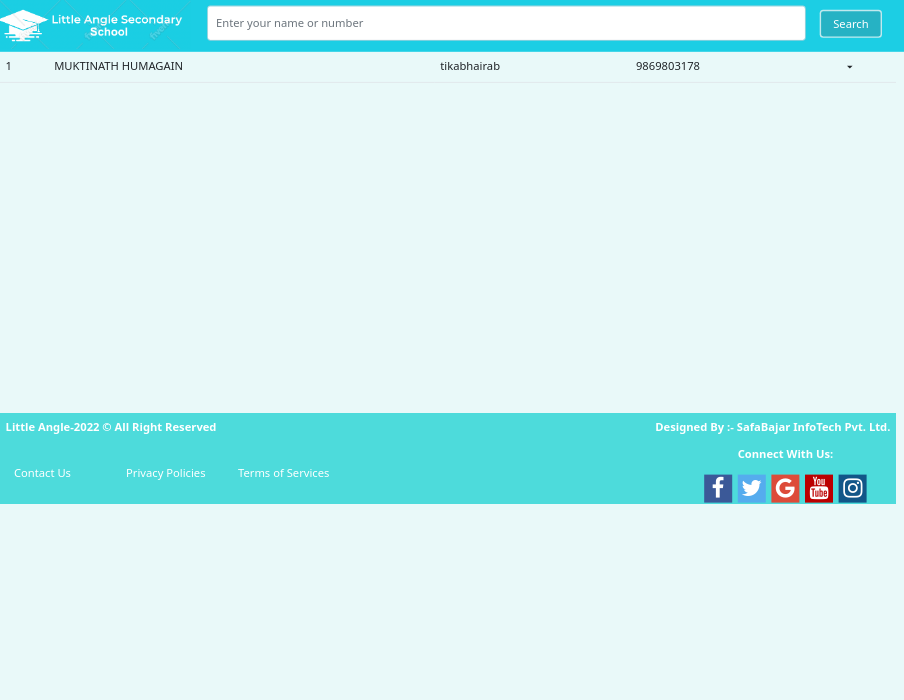
Repository: Sjuicyy/School-Project
Page: profilesview.html
An editor plug-in stored every save of this project. The page is shown before and after a run of saves, followed by the edit.
The browser window is 1280 px wide. The page is 1292 px wide, so the pictures cover 1292 px, including what lies to the right of the window. The pictures show the part of the page from y = 0 to 1880 px (the page is 1000 px tall before and 4107 px after), at 70% of full size.

Above is the page before, as saved 2022-09-22 11:29:13.

After the next 5 saves:
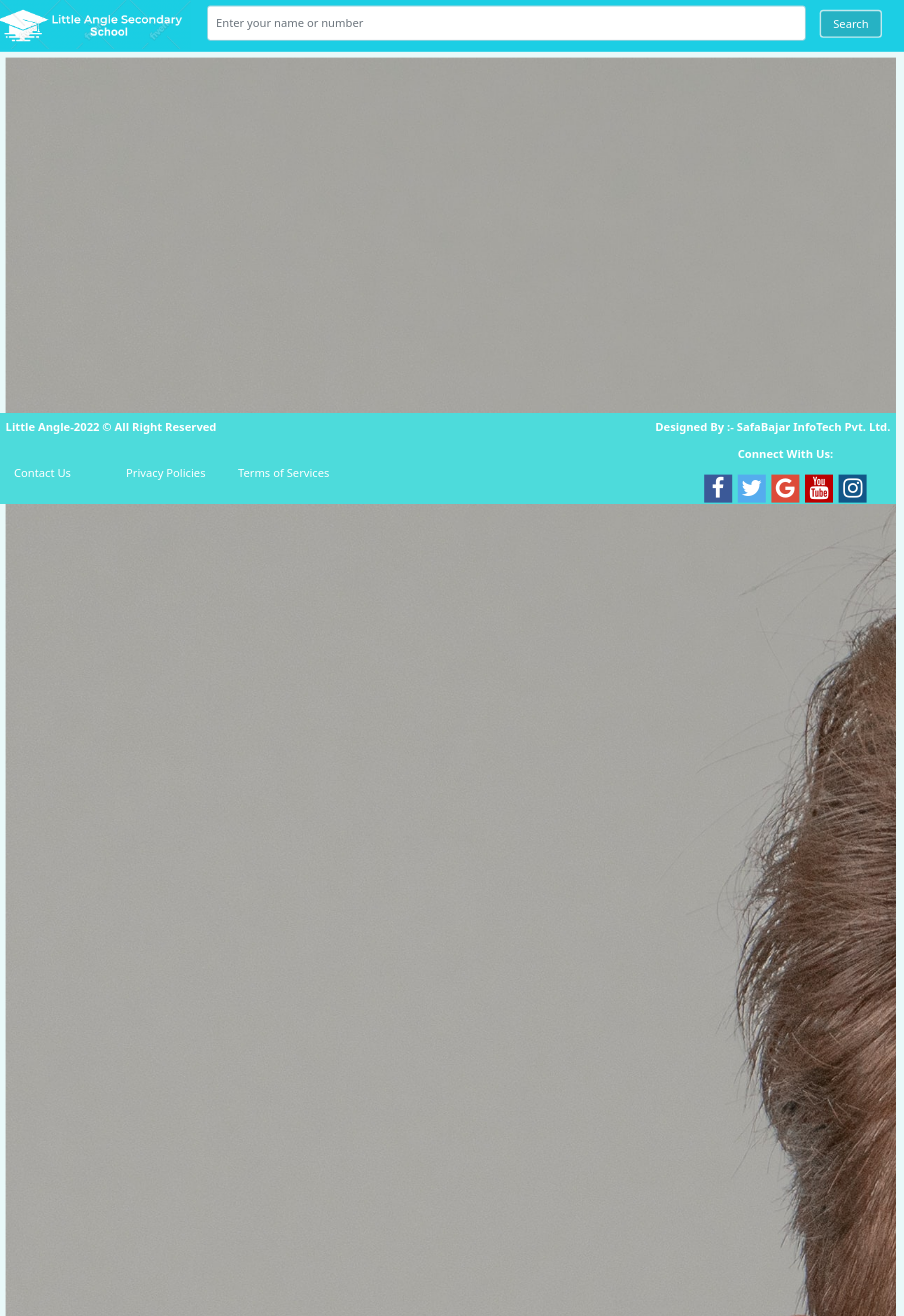
The 5 saves are shown as one change because they came seconds apart.
The last was saved 21 s later.
--- a/profilesview.html
+++ b/profilesview.html
@@ -237,7 +237,9 @@
         <table class="table table-hover">
             <tbody class="table-border-bottom-0">
                 <tr class="text-nowrap">
-                    <td>1</td>
+                    <td>
+                        <img src="./profile pic.jpg" alt="">
+                    </td>
                     <td>MUKTINATH HUMAGAIN</td>
                     <td>tikabhairab</td>
                     <td>9869803178</td>

After the 3 saves that followed:
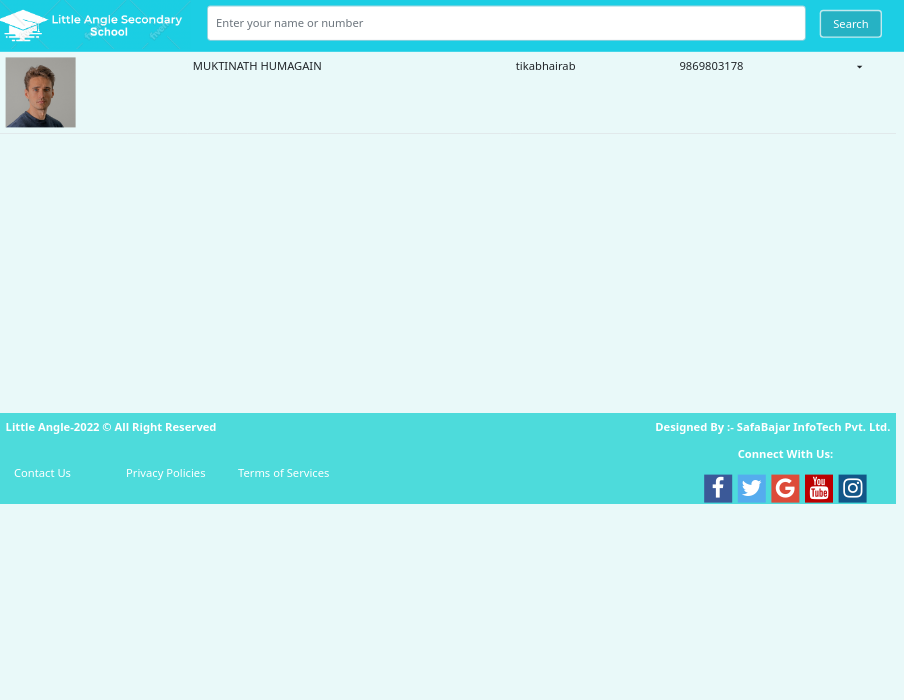
The 3 saves are shown as one change because they came seconds apart.
The last was saved 10 s later.
--- a/profilesview.html
+++ b/profilesview.html
@@ -238,7 +238,7 @@
             <tbody class="table-border-bottom-0">
                 <tr class="text-nowrap">
                     <td>
-                        <img src="./profile pic.jpg" alt="">
+                        <img src="./profile pic.jpg" width="100px" alt="">
                     </td>
                     <td>MUKTINATH HUMAGAIN</td>
                     <td>tikabhairab</td>
